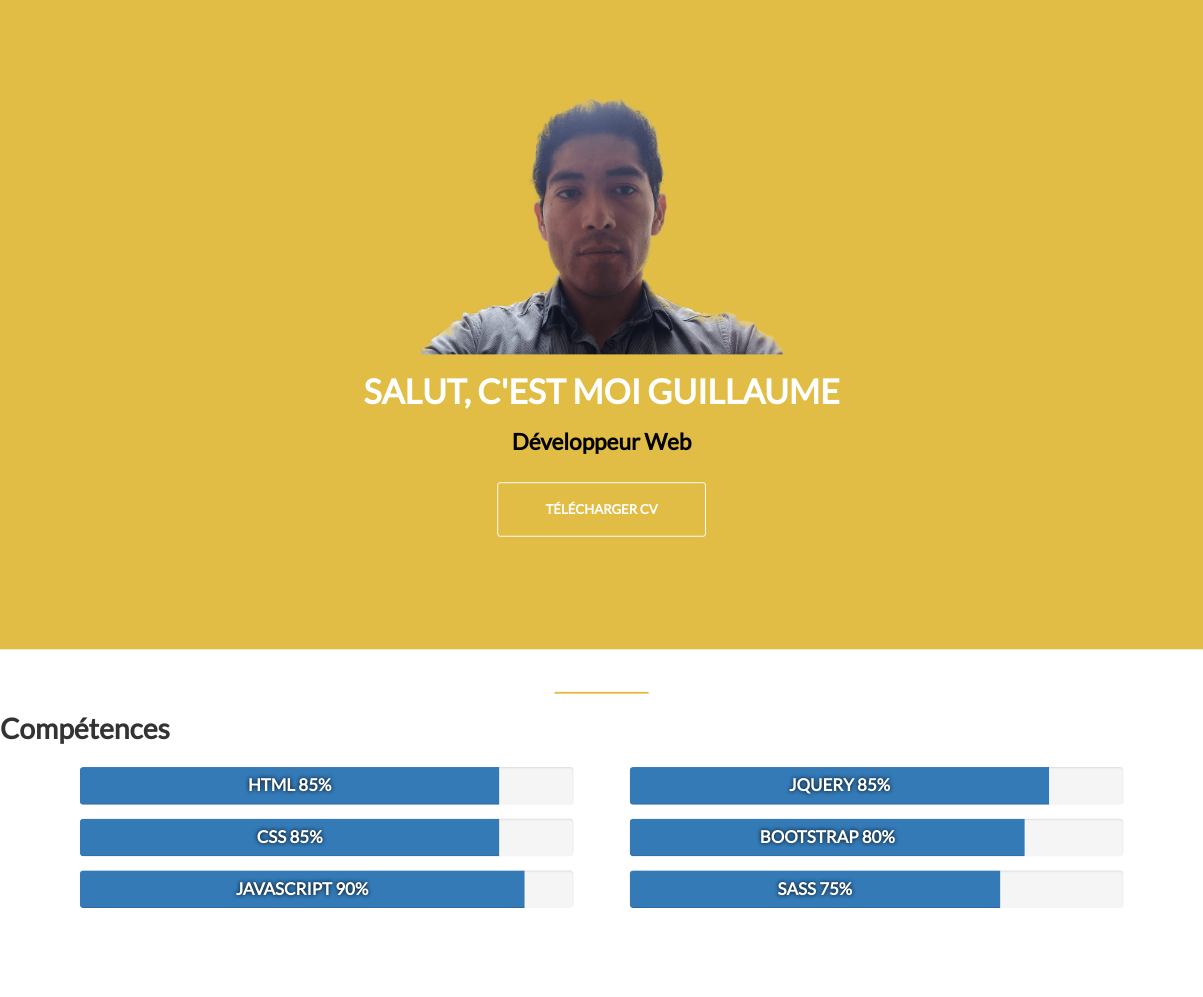
Repository: 0Memo/mon-cv
Page: index.html
The author's editor kept a copy of each file at every save. The page is drawn from the files as they stood at one save, then again after the next save.
The browser window is 1280 px wide. The pictures show the whole page, at 94% of full size.

Above is the page before, as saved 2020-12-28 21:08:42.

After the next save:
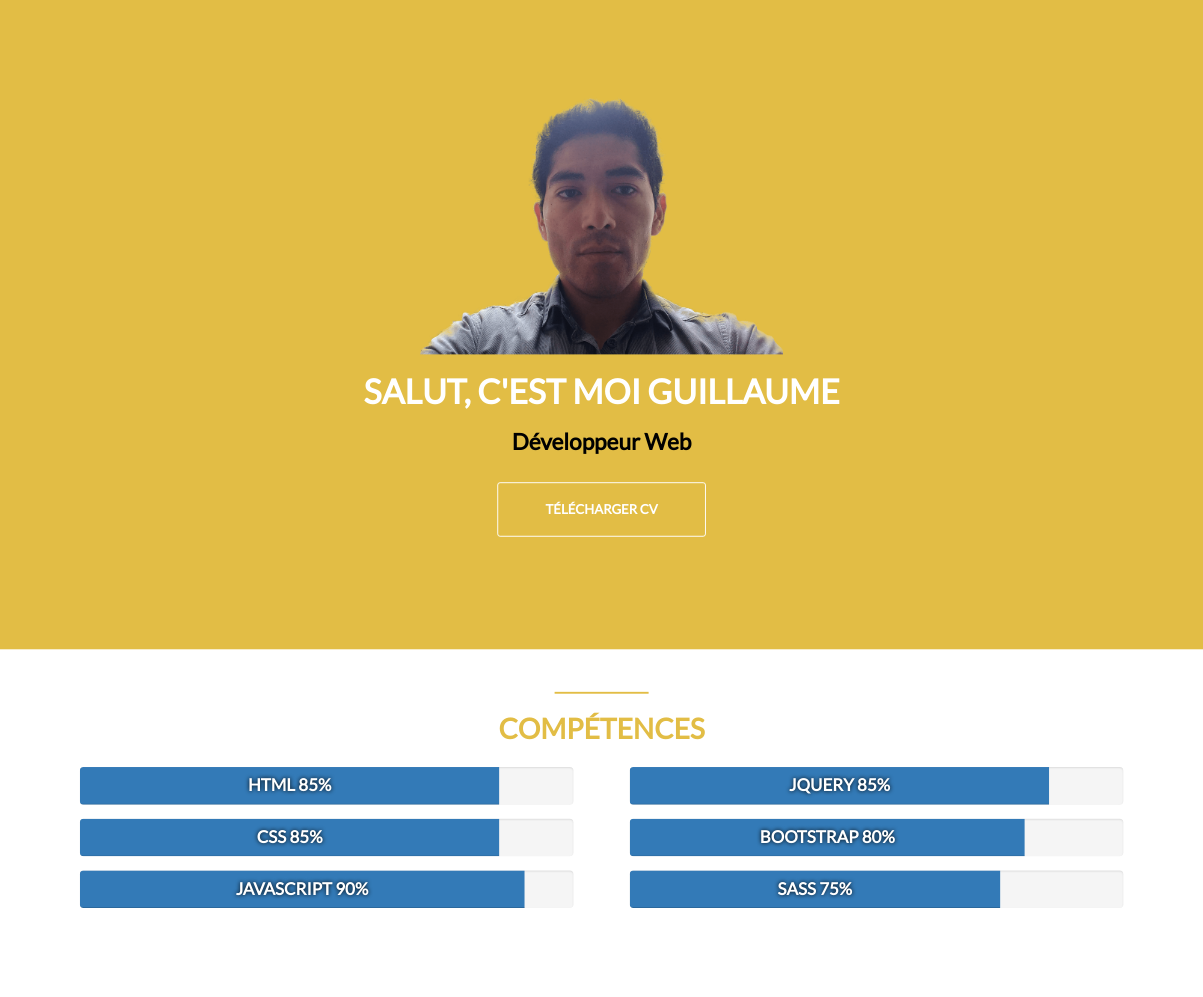
Saved 26 s later.
--- a/css/styles.css
+++ b/css/styles.css
@@ -70,16 +70,17 @@ section {
     margin: 0 auto;
 }
 
+#skills .heading h2 {
+    color: #e2bd45;
+    text-align: center;
+    text-transform: uppercase;
+}
+
 #skills .progress {
     margin: 15px;
     height: 40px;
 }
 
-#skills .progress .progress-bar h2 {
-    color: #e2bd45;
-    text-align: center;
-    text-transform: uppercase;
-}
 
 #skills .progress .progress-bar h5 {
     text-shadow: 0 0 5px #000;
